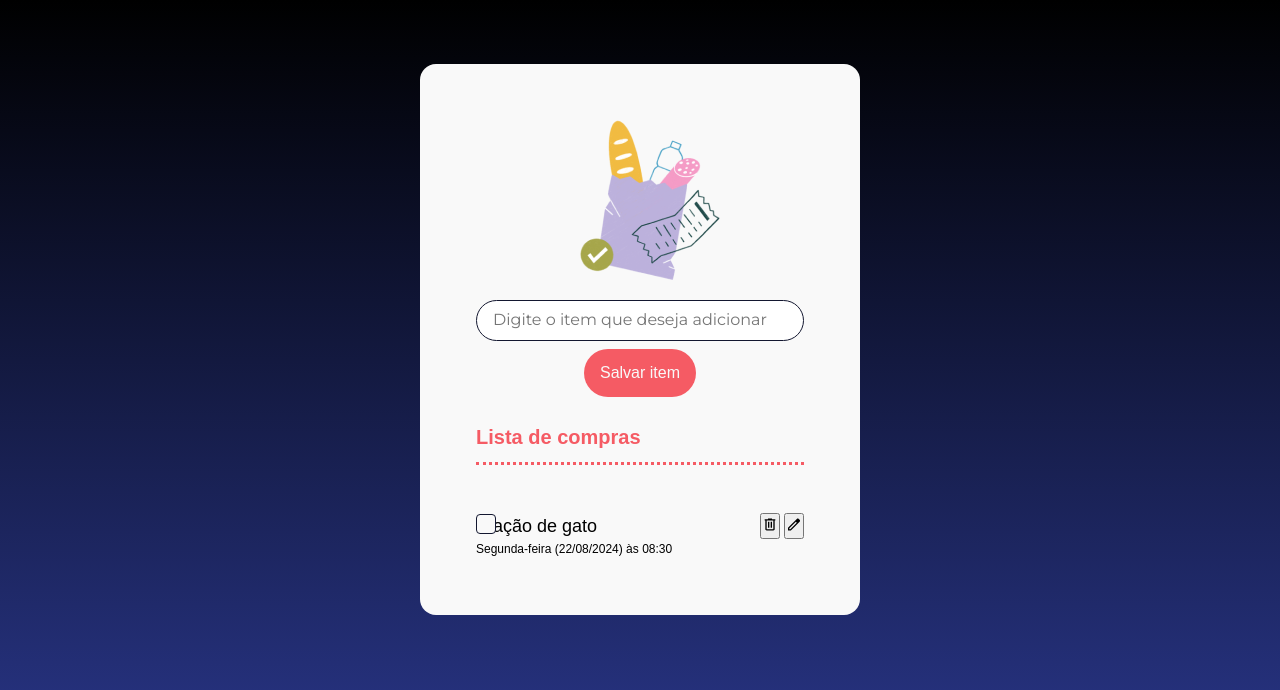
Repository: joaoPraiaJunior/compras_js
Page: index.html
An editor plug-in stored every save of this project. The page is shown before and after the next save, followed by the edit.
The browser window is 1280 px wide. The pictures show the whole page.
Some web fonts or font styles are not loaded; a fallback is used.

Above is the page before, as saved 2024-08-22 21:38:33.

### index.html
<!DOCTYPE html>
<html lang="pt-BR" dir="ltr">

<head>
    <meta charset="UTF-8">
    <meta name="viewport" content="width=device-width, initial-scale=1.0">
    <meta name="description" content="Lista de compras">
    <title>Lista de Compras</title>
    <link rel="preconnect" href="https://fonts.googleapis.com">
    <link rel="preconnect" href="https://fonts.gstatic.com" crossorigin>
    <link href="https://fonts.googleapis.com/css2?family=Krona+One&family=Montserrat&family=Numans&display=swap" rel="stylesheet">
    <link rel="stylesheet" href="./css/styles.css">
</head>

<body>
    <header>
        <img src="./img/bag.png" alt="sacola de compras">
    </header>
    <main>
        <form class="compras">
            <input class="compras__campo" type="text" name="compra" placeholder="Digite o item que deseja adicionar">
            <button class="compras__botao">Salvar item</button>
        </form>
        <h1>Lista de compras</h1>
        <hr>

        <ul class="lista">
            <li class="lista__item">
                <div class="lista__container">
                    <div class="lista__compra">
                        <div class="checkbox">
                            <div class="checkbox__customizado checked"></div>
                            <input class="checkbox__input" type="checkbox" name="produto" id="racao_de_gato">
                            <label for="racao_de_gato">Ração de gato</label>
                        </div>
                    </div>
                    <div>
                        <button><img src="./img/delete.svg" alt="Deletar"></button>
                        <button><img src="./img/edit.svg" alt="Editar"></button>
                    </div>
                </div>
                <p class="lista__data">Segunda-feira (<time datetime="2024-08-22">22/08/2024</time>) às <time>08:30</time></p>
            </li>
        </ul>
    </main>
</body>

</html>

### css/styles.css
* {
    box-sizing: border-box;
    margin: 0;
    padding: 0;
}

html {
    font-size: 62.5%;
}

:root {
    --cor-primaria: #F55B64;
    --cor-secundaria: #C2373F;
    --neutro: #F9F9F9;
    --preto: #131730;
    --fonte-titulo: "Krona One", sans-serif;
    --fonte-texto: 'Numans', sans-serif;
    --degrade-azul: linear-gradient(180deg, #000000 0%, #26327F 100%);
}

body {
    display: flex;
    flex-direction: column;
    align-items: center;
    background: var(--degrade-azul);
    background-repeat: no-repeat;
    font-size: 1.6rem;
    height: 100vh;
}

header {
    text-align: center;
    margin-top: 6.4rem;
    background-color: var(--neutro);
    border-radius: 1.6rem 1.6rem 0 0;
    padding: 5.6rem 5.6rem 1.6rem 5.6rem;
    width: 44.0rem;

}

main {
    display: flex;
    flex-direction: column;
    align-items: center;
    gap: 2.4rem;
    background-color: var(--neutro);
    border-radius: 0 0 1.6rem 1.6rem;
    padding: 0 5.6rem 5.6rem 5.6rem;
    width: 44.0rem;
}

h1 {
    align-self: flex-start;
    font-family: var(--fonte-titulo);
    font-size: 2.0rem;
    color: var(--cor-primaria);
    line-height: 3.3rem;
}

hr {
    border: none;
    border-bottom: .3rem dotted var(--cor-primaria);
    margin-bottom: 2.4rem;
    width: 100%;
}

hr:empty {
    margin-top: calc(1.6rem * -1);
}

p, label {
    font-family: var(--fonte-texto);
    font-size: 1.8rem;
    font-weight: 400;
    text-align: left;
    line-height: 2.4rem;
}


.compras {
    display: flex;
    flex-direction: column;
    gap: .8rem;
    width: 100%;
}

.compras__campo {
    border: .1rem solid var(--preto);
    border-radius: 2.4rem;
    padding: 1.2rem 1.6rem;
}

.compras__campo::placeholder {
    font-family: "Montserrat", sans-serif;
    font-size: 1.6rem;
    line-height: 1.9rem;
}

.compras__botao {
    align-self: center;
    font-family: var(--fonte-texto);
    font-size: 1.6rem;
    line-height: 2.4rem;
    color: var(--neutro);
    background-color: var(--cor-primaria);
    border: none;
    border-radius: 2.4rem;
    padding: 1.2rem 1.6rem;
    cursor: pointer;
}

.lista {
    list-style: none;
    width: 100%;
}

.lista__container {
    display: flex;
    align-items: center;
    justify-content: space-between;
}

.lista__compra {
    display: flex;
    align-items: center;
}

.lista__data {
    font-size: 1.2rem;
    line-height: 2.0rem;
}


.checkbox__input {
    position: relative;
    opacity: 0;
    width: 0;
    height: 0;
}

.checkbox__customizado {
    position:absolute;
    background-color: var(--neutro);
    border: 1px solid var(--preto);
    border-radius: .4rem;
    width: 2.0rem;
    height: 2.0rem;
    cursor: pointer
}

After the next save:
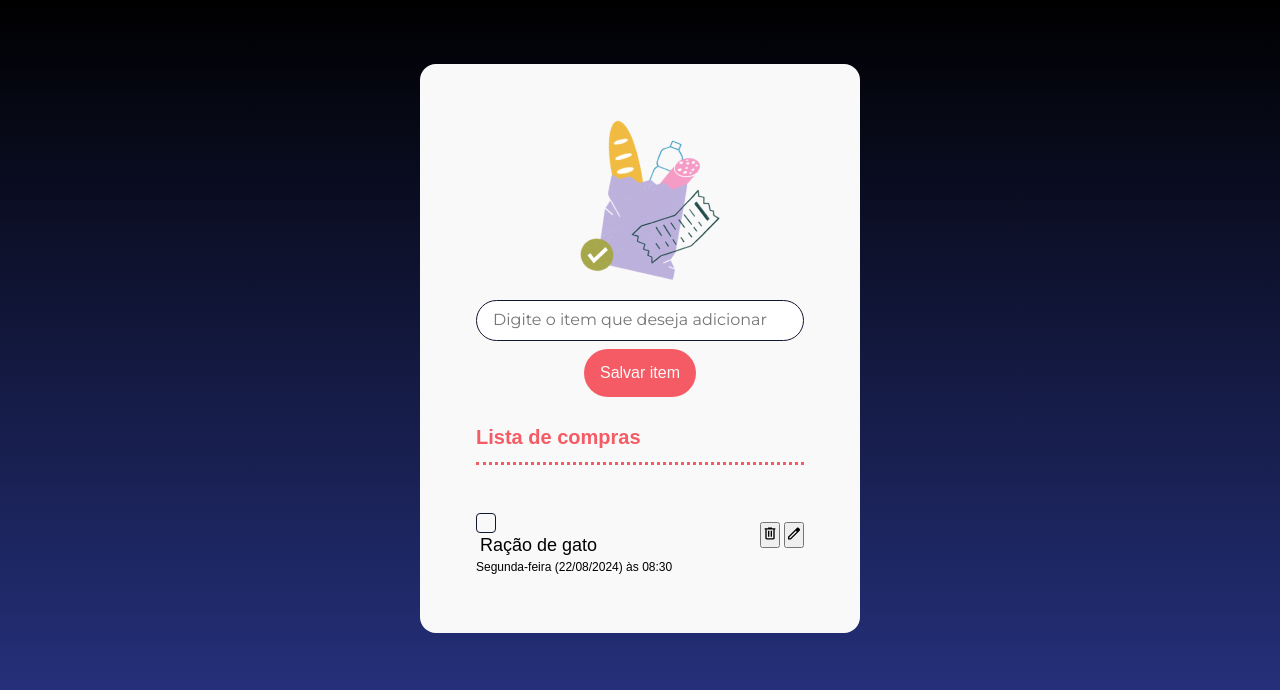
Saved 14 s later.
--- a/css/styles.css
+++ b/css/styles.css
@@ -132,14 +132,12 @@ p, label {
 
 
 .checkbox__input {
-    position: relative;
     opacity: 0;
     width: 0;
     height: 0;
 }
 
 .checkbox__customizado {
-    position:absolute;
     background-color: var(--neutro);
     border: 1px solid var(--preto);
     border-radius: .4rem;
